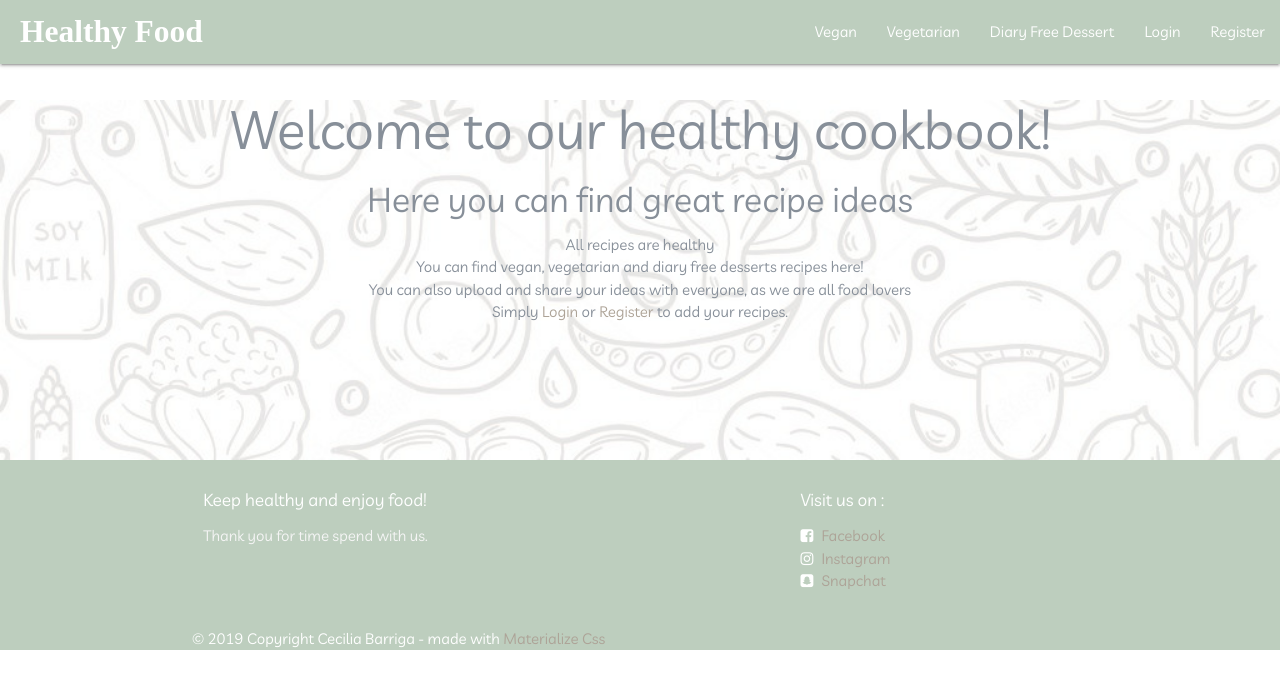
Repository: cesole/cookbook
Page: http://localhost/
The author's editor kept a record of every edit. The page is drawn from the files as they stood at one moment, then again after the next edit.
The browser window is 1280 px wide. The pictures show the whole page.
Some web fonts or font styles are not loaded; a fallback is used. The page is served by the project's application, run on Flask 3 (app.py).

Above is the page before.

After the next edit:
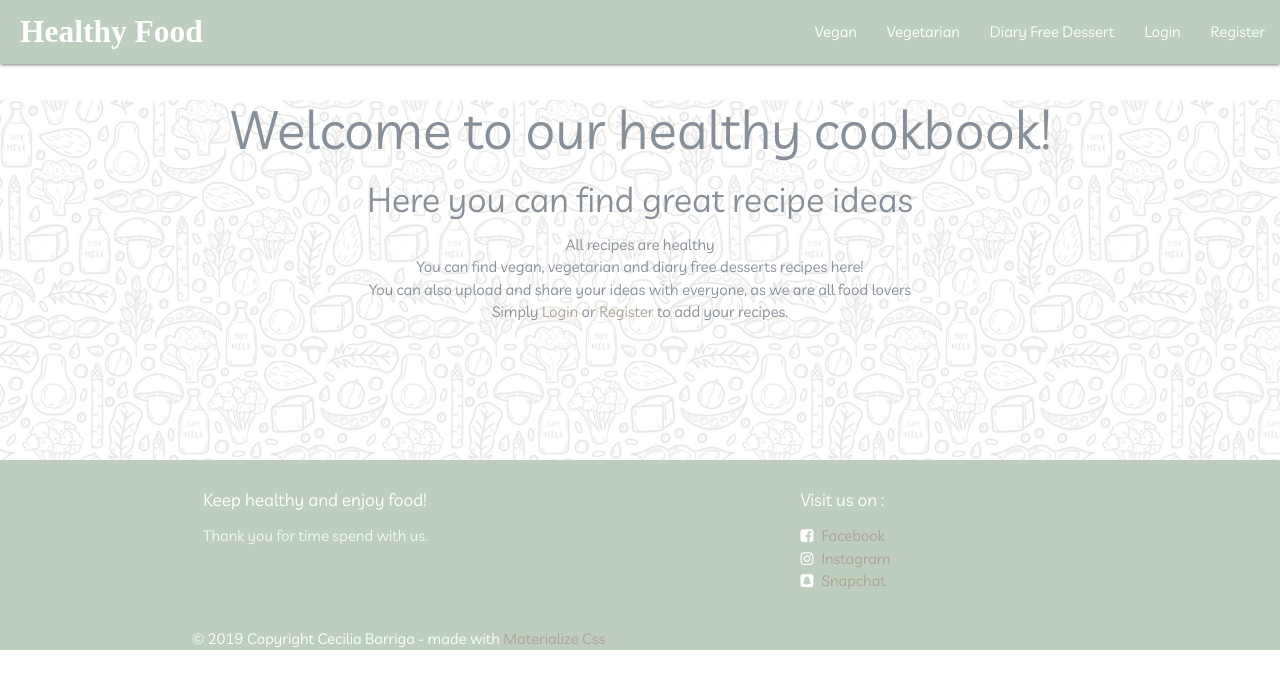
The edit:
--- a/templates/base.html
+++ b/templates/base.html
@@ -55,10 +55,7 @@
     </nav>
 
     <div class="container-fluid">
-        <main style="background-image: url({{ url_for('static', filename='images/background2.jpg') }}); background-size: cover;
-            -webkit-background-size: cover;
-            -moz-background-size: cover;
-            -o-background-size: cover;" " class="full-content">{% block content %}{% endblock %}</main>
+        <main style="background-image: url({{ url_for('static', filename='images/background2.jpg') }}); background-size: contain; ">{% block content %}{% endblock %}</main>
     </div>
 
     <footer class="page-footer">
